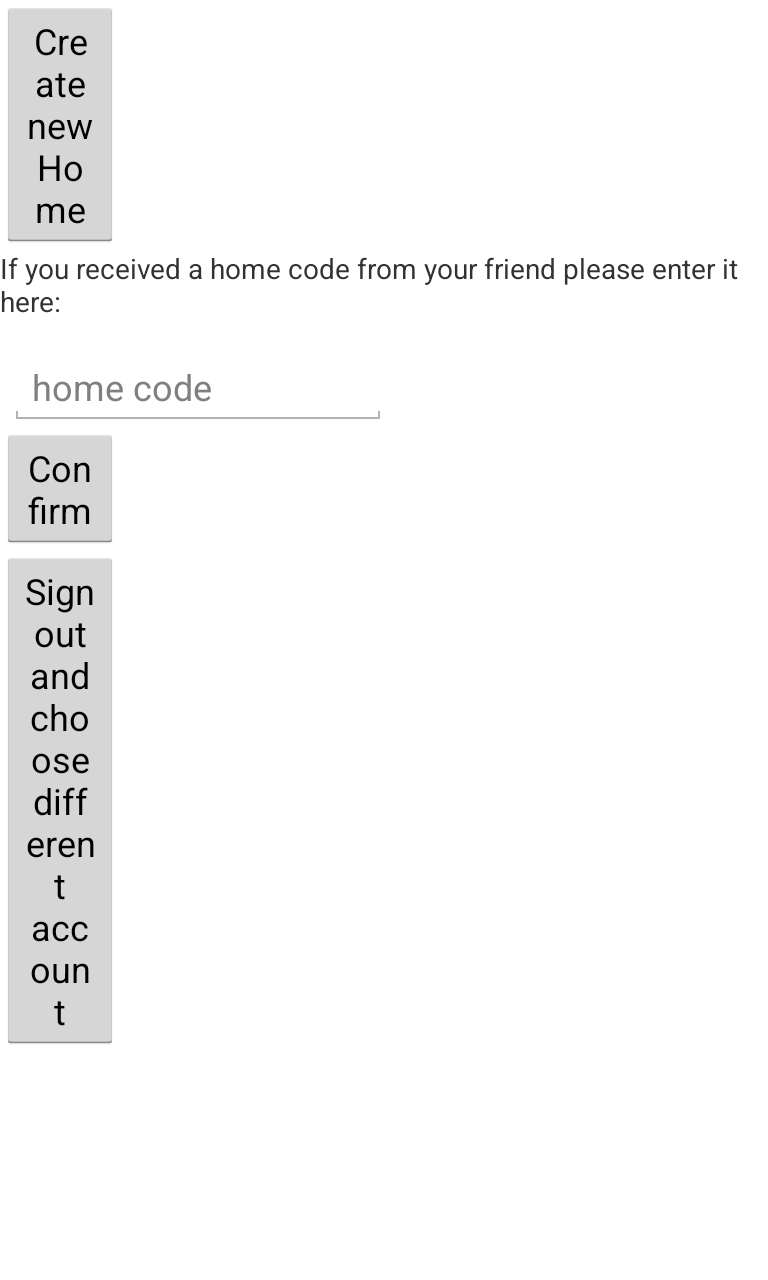
Repository: roommateapp/RoomMate
Layout: src/RoomMate/res/layout/activity_no_existing_home.xml
An editor plug-in stored every save of this project. The layout is shown before and after the next save, followed by the edit.
It is drawn on a 768 x 1280 px phone screen (xhdpi) without system bars, with theme AppTheme; the app's code is not run.

Above is the layout before, as saved 2014-08-28 19:00:46.

### src/RoomMate/res/layout/activity_no_existing_home.xml
<?xml version="1.0" encoding="utf-8"?>
<LinearLayout xmlns:android="http://schemas.android.com/apk/res/android"
    android:layout_width="match_parent"
    android:layout_height="match_parent"
    android:orientation="vertical" >

	<Button
        android:id="@+id/create_new_home_button"
        android:layout_width="60dp"
        android:layout_height="wrap_content"
        android:text="@string/create_new_home_button" />

    <TextView
        android:id="@+id/no_existing_home_text"
        android:layout_width="wrap_content"
        android:layout_height="wrap_content"
        android:background="#00000000"
        android:text="@string/no_existing_home_text" />

    <EditText
        android:id="@+id/no_existing_home_home_code"
        android:layout_width="190dp"
        android:layout_height="wrap_content"
        android:layout_marginLeft="4dp"
        android:layout_marginTop="14dp"
        android:hint="@string/home_code"
        android:inputType="text" >
    </EditText>

	<Button
        android:id="@+id/no_existing_home_confirm_button"
        android:layout_width="60dp"
        android:layout_height="wrap_content"
        android:text="@string/confirm_button" />

	<Button
       android:id="@+id/no_existing_home_sign_out_button"
       android:layout_width="60dp"
       android:layout_height="wrap_content"
       android:text="@string/sign_out_button" />

</LinearLayout>

### src/RoomMate/res/values/strings.xml
<?xml version="1.0" encoding="utf-8"?>
<resources>

    <string name="app_name">RoomMate</string>
    <string name="action_settings">Settings</string>
    <string name="imgdesc">imgdesc</string>
	<string name="sign_in_to_roommate">Sign In to Roommate</string>

	<string name="create_new_home_button">Create new Home</string>
	<string name="no_existing_home_text">If you received a home code from your
	     friend please enter it here:</string>
	<string name="home_code">home code</string>
	<string name="confirm_button">Confirm</string>
	<string name="no_existing_home_label">Please choose</string>
	<string name="sign_out_button">Sign out and choose different account</string>


    <string-array name="titles">
        <item>Home board</item>
        <item>Grocery lists</item>
        <item>Cleaning tasks</item>
        <item>Bills</item>
        <item>Balance</item>
        <item>How is home now?</item>
        <item>Home settings</item>
        <item>Sign Out</item>
    </string-array>

    <array name="icons">
        <item>@android:drawable/ic_menu_my_calendar</item>
        <item>@android:drawable/ic_menu_edit</item>
        <item>@android:drawable/ic_menu_delete</item>
        <item>@android:drawable/ic_menu_info_details</item>
        <item>@android:drawable/ic_menu_sort_by_size</item>
        <item>@android:drawable/ic_menu_myplaces</item>
        <item>@android:drawable/ic_menu_manage</item>


    </array>

</resources>

Loaded but not shown: src/RoomMate/res/values/styles.xml (common file); src/RoomMate/res/values-v11/styles.xml (common file); src/RoomMate/res/values-v14/styles.xml (common file)

After the next save:
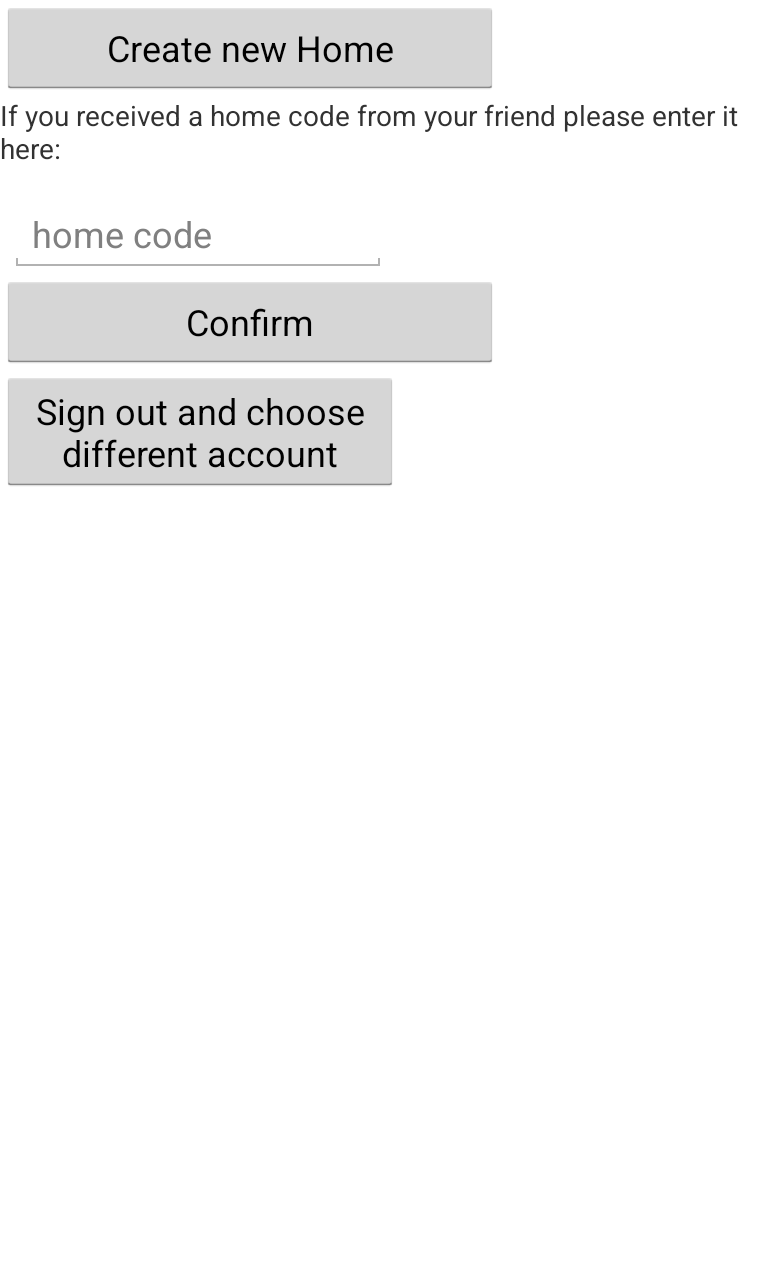
Saved 11 h 26 min later.
--- a/src/RoomMate/res/layout/activity_no_existing_home.xml
+++ b/src/RoomMate/res/layout/activity_no_existing_home.xml
@@ -6,7 +6,7 @@
 
 	<Button
         android:id="@+id/create_new_home_button"
-        android:layout_width="60dp"
+        android:layout_width="250dp"
         android:layout_height="wrap_content"
         android:text="@string/create_new_home_button" />
 
@@ -29,13 +29,13 @@
 
 	<Button
         android:id="@+id/no_existing_home_confirm_button"
-        android:layout_width="60dp"
+        android:layout_width="250dp"
         android:layout_height="wrap_content"
         android:text="@string/confirm_button" />
 
 	<Button
        android:id="@+id/no_existing_home_sign_out_button"
-       android:layout_width="60dp"
+       android:layout_width="200dp"
        android:layout_height="wrap_content"
        android:text="@string/sign_out_button" />
 
